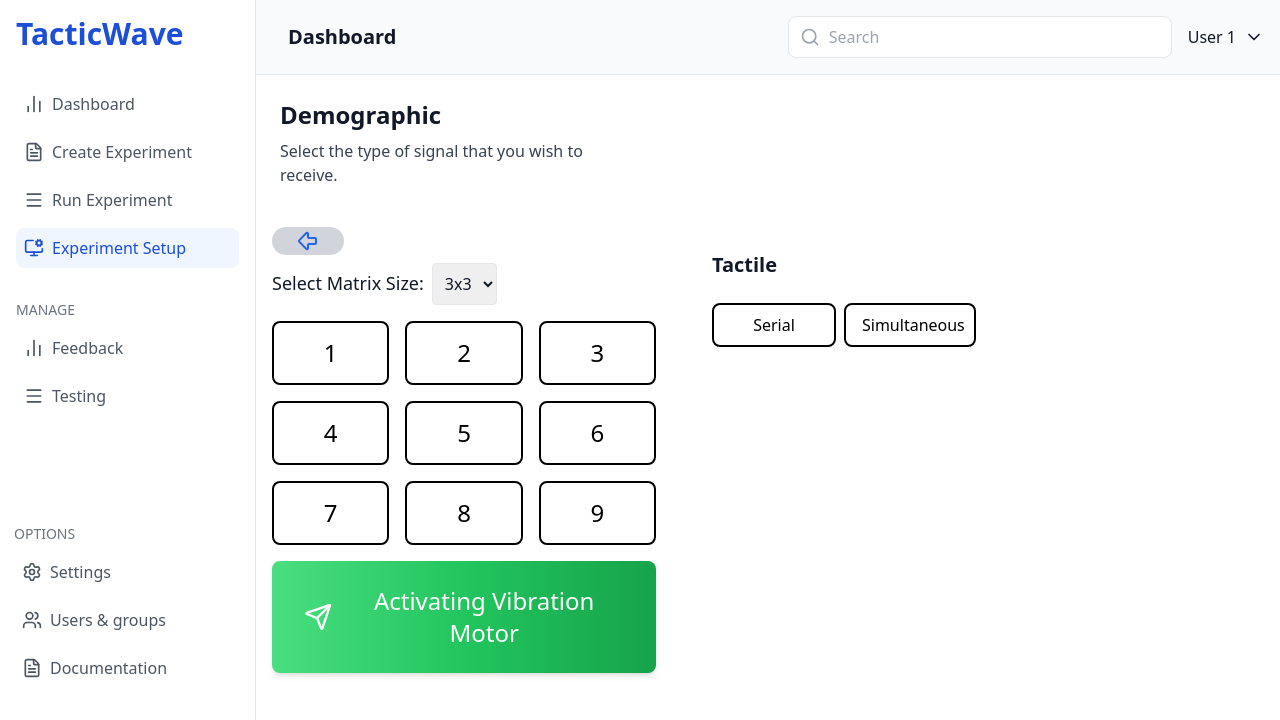
Repository: Nguyenle23/TacticWave
Page: /setup (app in Client/)
The author's editor kept a copy of each file at every save. The page is drawn from the files as they stood at one save, then again after the next save.
The browser window is 1280 px wide. The pictures show the whole page.
The project was rebuilt for these pictures with package versions that can differ from the ones it lists, and the page was loaded fresh each time. Also part of the build but not shown: Client/vite.config.js, Client/src/components/commons/Modal.jsx, Client/src/components/dashboard/ExperimentList/ExperimentItem.jsx, Client/src/components/dashboard/ExperimentList/ExperimentList.jsx, Client/src/components/dashboard/Statistics/StatisticsCard.jsx, Client/src/components/dashboard/Statistics/Statistics.jsx, Client/src/components/dashboard/Dashboard.jsx, Client/src/pages/DashboardPage.jsx and 7 more.

Above is the page before, as saved 2024-12-07 15:18:36.

After the next save:
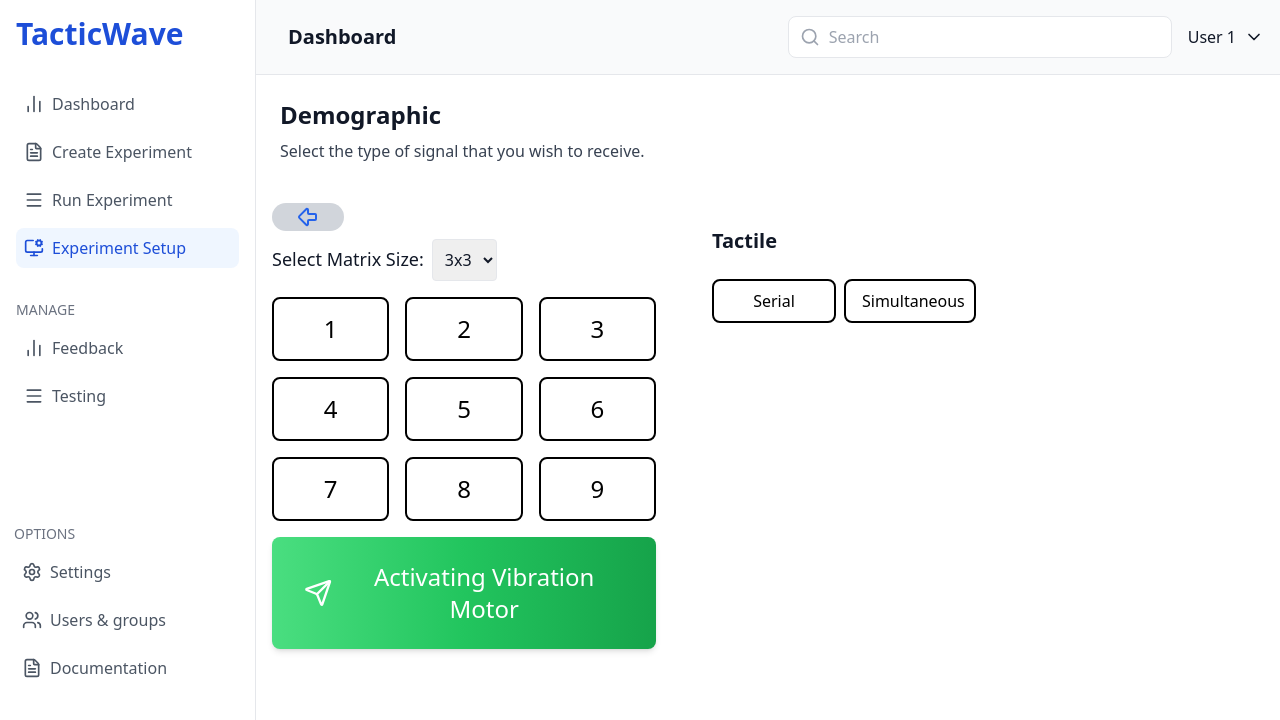
Saved 20 s later.
--- a/Client/src/components/dashboard/ExperimentSetup/ExperimentSetup.jsx
+++ b/Client/src/components/dashboard/ExperimentSetup/ExperimentSetup.jsx
@@ -154,7 +154,7 @@ export const ExperimentSetup = () => {
       {/* Demographic */}
       <div className="flex justify-between items-start p-6">
         {/* Phần "hello" bên trái */}
-        <div className="w-4/12">
+        <div className="w-full">
           <h1 className="text-2xl font-bold mb-2">Demographic</h1>
           <p className="text-gray-700">
             Select the type of signal that you wish to receive.
